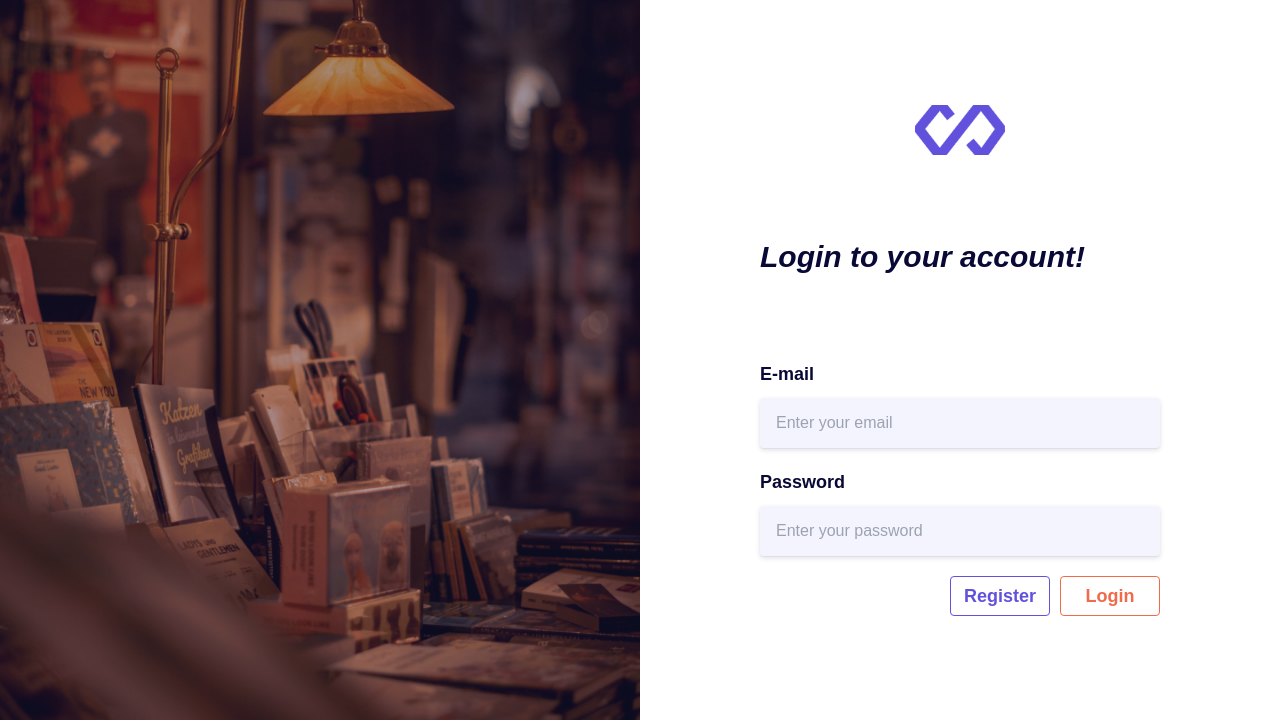
Repository: kauittt/BookStore_FE
Page: / (app in book-store/)
An editor plug-in stored every save of this project. The page is shown before and after a run of saves, followed by the edit.
The browser window is 1280 px wide. The pictures show the whole page.
The project was rebuilt for these pictures with package versions that can differ from the ones it lists, and the page was loaded fresh each time. Also part of the build but not shown: book-store/vite.config.js, book-store/src/components/book/BookItem.jsx, book-store/src/components/book/BookList.jsx.

Above is the page before, as saved 2024-07-14 14:22:04.

### book-store/src/App.jsx
import Login from "./components/login-signup/Login";
import BookItem from "./components/book/BookItem";
import BookList from "./components/book/BookList";

const App = () => {
    //! Width - Height: 1536 - 703
    //! 270 - 255
    //! Width: 0.9
    //! Height: 0.585

    //* Semibold - Normal
    //* 3xl - lg - sm - Normal

    const data = [
        {
            image: "https://nhasachphuongnam.com/images/thumbnails/240/290/detailed/287/con-duong-hoi-giao-tb-2024.jpg",
            price: "5.9",
            name: "Dune Frank Herbert Frank Herbert Frank Herbert",
            author: "Frank Herbert Frank Herbert Frank Herbert Frank Herbert",
        },
        {
            image: "https://i.pinimg.com/474x/57/70/55/5770553158ceac5870925fd79f9699eb.jpg",
            price: "7.5",
            name: "1984",
            author: "George Orwell Frank Herbert Frank Herbert Frank Herbert",
        },
        {
            image: "https://listsach.com/wp-content/uploads/2020/05/bia-sach-dep-ngoi-nha-nghin-hanh-lang.jpg",
            price: "6.8",
            name: "Brave New World Frank Herbert Frank Herbert Frank Herbert",
            author: "Aldous Huxley",
        },
        {
            image: "https://listsach.com/wp-content/uploads/2020/05/quyen-sach-co-bia-dep-khong-gia-dinh.jpg",
            price: "8.39",
            name: "Fahrenheit 451",
            author: "Ray Bradbury",
        },
        {
            image: "https://salt.tikicdn.com/cache/w1200/ts/product/03/ee/cc/9e91a112fb77049e9167f41ef62f832e.jpeg",
            price: "45.99",
            name: "The Catcher in the Rye",
            author: "J.D. Salinger",
        },
        {
            image: "https://intamphuc.vn/wp-content/uploads/2023/06/mau-bia-sach-dep-4.jpg",
            price: "9.2",
            name: "To Kill a Mockingbird",
            author: "Harper Lee",
        },
        {
            image: "https://vietart.co/blog/wp-content/uploads/2014/01/2_thiet_ke_bia_sach_dep_20.jpg",
            price: "5.0",
            name: "The Great Gatsby",
            author: "F. Scott Fitzgerald",
        },
        {
            image: "https://thegioidohoa.com/wp-content/uploads/2017/08/tong-hop-20-mau-bia-sach-doc-dao-nhat-nam-2017-7.jpg",
            price: "6.5",
            name: "Moby Dick",
            author: "Herman Melville",
        },
        {
            image: "https://encrypted-tbn0.gstatic.com/images?q=tbn:ANd9GcRVxy22da304ThgqLt9eKkHoYNLhIEgOL5vLCuA0X--bl323dKTKr0Q_H8tqkGQcfgcqA8&usqp=CAU",
            price: "7.8",
            name: "War and Peace",
            author: "Leo Tolstoy",
        },
        {
            image: "https://intamphuc.vn/wp-content/uploads/2023/06/mau-bia-sach-dep-2.jpg",
            price: "6.0",
            name: "Pride and Prejudice",
            author: "Jane Austen",
        },
    ];

    return (
        <div className="text-text-normal container mx-auto">
            {/* <BookList title="Classic" books={data}></BookList> */}
            <Login></Login>
        </div>
    );
};

export default App;

### book-store/src/index.css
@tailwind base;
@tailwind components;
@tailwind utilities;

.container {
    width: 100%;
}
@media (min-width: 640px) {
    .container {
        max-width: 640px;
    }
}
@media (min-width: 768px) {
    .container {
        max-width: 768px;
    }
    @media (min-width: 1024px) {
        .container {
            max-width: 1024px;
        }
    }
    @media (min-width: 1280px) {
        .container {
            max-width: 1280px;
        }
    }
    @media (min-width: 1400px) {
        .container,
        .container-lg,
        .container-md,
        .container-sm,
        .container-xl,
        .container-xxl {
            max-width: 1320px;
        }
    }
}

### book-store/src/components/login-signup/Login.jsx
import { useState } from "react";
import FormButton from "./../elements/FormButton";
import FormInput from "./../elements/FormInput";
import * as Yup from "yup";
import { Formik, Form } from "formik";

const Login = () => {
    const [purpose, setPurpose] = useState("login");

    //* Schema validation with Yup
    const validationSchema = Yup.object({
        name:
            purpose === "register"
                ? Yup.string()
                      .min(6, "Must be 6 characters or more!")
                      .max(15, "Must be 15 characters or less!")
                      .required("Name is required!")
                : Yup.string(),
        email: Yup.string()
            .email("Invalid email address!")
            .required("Email is required!"),
        password: Yup.string()
            .min(6, "Must be 6 characters or more!")
            .max(15, "Must be 15 characters or less!")
            .required("Password is required!"),
        confirmPassword:
            purpose === "register"
                ? Yup.string()
                      .oneOf(
                          [Yup.ref("password"), null],
                          "Passwords must match"
                      )
                      .required("Confirm Password is required")
                : Yup.string(),
    });

    console.log(window.innerHeight);
    console.log(window.innerWidth);
    return (
        <div className="flex w-full h-screen">
            {/*//! Image */}
            <div className="w-1/2">
                <img
                    src="./image/Login.png"
                    alt="Description"
                    className="w-full h-full object-cover"
                />
            </div>

            {/*//! Form */}
            <div className="w-1/2 flex flex-col items-center justify-evenly p-[20px]">
                {/*//* Logo */}
                <div className="w-[90px] h-[50px]">
                    <img
                        src="./image/Logo.png"
                        alt="Logo"
                        className="w-full h-full object-cover"
                    />
                </div>

                {/*//* Greeting */}
                <div className="flex flex-col w-[400px]">
                    {/* <p className="text-text-light font-semibold text-2xl">
                        Welcome back!
                    </p> */}
                    <h1 className="font-semibold text-3xl italic">
                        {purpose === "login"
                            ? "Login to your account!"
                            : "Register your account!"}
                    </h1>
                </div>

                {/*//* Form */}
                <Formik
                    initialValues={{
                        name: "",
                        email: "",
                        password: "",
                        confirmPassword: "",
                    }}
                    validationSchema={validationSchema}
                    onSubmit={(values, actions) => {
                        setTimeout(() => {
                            console.log("Form submitted with values:", values);
                            // actions.resetForm();
                            actions.setSubmitting(false);
                        }, 500);

                        console.log("API HERE");
                        // Handle form submission
                    }}
                >
                    {({ isSubmitting }) => (
                        <Form className="flex flex-col gap-[20px]">
                            {purpose === "register" && (
                                <FormInput
                                    label="Name"
                                    id="name"
                                    name="name"
                                    placeholder="Enter your name"
                                />
                            )}
                            <FormInput
                                label="E-mail"
                                id="email"
                                name="email"
                                placeholder="Enter your email"
                                type="email"
                            />
                            <FormInput
                                label="Password"
                                id="password"
                                name="password"
                                placeholder="Enter your password"
                                type="password"
                            />
                            {purpose === "register" && (
                                <FormInput
                                    label="Confirm Password"
                                    id="confirmPassword"
                                    name="confirmPassword"
                                    placeholder="Confirm your password"
                                    type="password"
                                />
                            )}

                            {/* Buttons */}
                            <div className="flex gap-[10px] justify-end">
                                <FormButton
                                    name={
                                        purpose === "login"
                                            ? "Register"
                                            : "Login"
                                    }
                                    onClick={() =>
                                        setPurpose(
                                            purpose === "login"
                                                ? "register"
                                                : "login"
                                        )
                                    }
                                />

                                <FormButton
                                    name={
                                        purpose === "login"
                                            ? "Login"
                                            : "Register"
                                    }
                                    type="submit"
                                    disabled={isSubmitting}
                                    main={false}
                                />
                            </div>
                        </Form>
                    )}
                </Formik>
            </div>
        </div>
    );
};

Login.propTypes = {};

export default Login;

### book-store/src/components/elements/FormButton.jsx
import PropTypes from "prop-types";

const FormButton = ({
    name,
    main = true,
    type = "button",
    disabled = false,
    ...props
}) => {
    return (
        <button
            type={type}
            disabled={disabled}
            className={`m-w-[100px] w-[100px] m-h-[40px] h-[40px] leading-[40px]
            rounded text-lg font-semibold
            flex items-center justify-center
            cursor-pointer
            transition duration-150 ease-in-out
            bg-bgr-white
            ${main ? "bg-bgr-white" : "bg-bgr-white"}
            ${main ? "text-text-color" : "text-bgr-color"}
            ${
                main
                    ? "border border-text-color hover:bg-text-color hover:text-text-white"
                    : "border border-bgr-color hover:bg-bgr-color hover:text-text-white"
            }
            `}
            {...props}
        >
            {name}
        </button>
    );
};

FormButton.propTypes = {
    main: PropTypes.bool,
    name: PropTypes.string.isRequired,
    type: PropTypes.string,
    disabled: PropTypes.bool,
};

export default FormButton;

### book-store/src/components/elements/FormInput.jsx
import { Field, useField } from "formik";
import PropTypes from "prop-types";

const FormInput = ({ label, type = "text", ...props }) => {
    const [field, meta] = useField(props);

    return (
        <div className="flex flex-col gap-[10px] w-[400px]">
            <label
                className="font-semibold text-lg"
                htmlFor={props.id || props.name}
            >
                {label}
            </label>
            <Field
                autoComplete="off"
                className="bg-bgr-main p-4 h-[50px] rounded
                    text-text-light
                    shadow-[rgba(50,_50,_105,_0.15)_0px_2px_5px_0px,_rgba(0,_0,_0,_0.05)_0px_1px_1px_0px]
                    focus:outline-none focus:ring-2 focus:ring-text-color"
                {...field}
                {...props}
                type={type}
            />
            {meta.touched && meta.error ? (
                <div className="text-text-error font-medium">{meta.error}</div>
            ) : null}
        </div>
    );
};

FormInput.propTypes = {
    label: PropTypes.string.isRequired,
    id: PropTypes.string,
    name: PropTypes.string.isRequired,
    placeholder: PropTypes.string,
    type: PropTypes.string,
};

export default FormInput;

### book-store/tailwind.config.js
/** @type {import('tailwindcss').Config} */
export default {
    content: ["./index.html", "./src/**/*.{js,ts,jsx,tsx}"],
    theme: {
        colors: {
            //* Background
            "bgr-main": "#F4F4FF",
            "bgr-color": "#EF6B4A",
            "bgr-white": "#FFFFFF",

            //* Text
            "text-normal": "#090937",
            "text-color": "#6251DD",
            "text-light": "#676787",
            "text-white": "#FFFFFF",
            "text-error": "#e74c3c",
        },
        extend: {
            fontFamily: {
                sans: ["Manrope", "sans-serif"],
            },
        },
    },
    plugins: [],
};

Loaded but not shown: book-store/index.html (common file); book-store/src/main.jsx (common file)

After the next 2 saves:
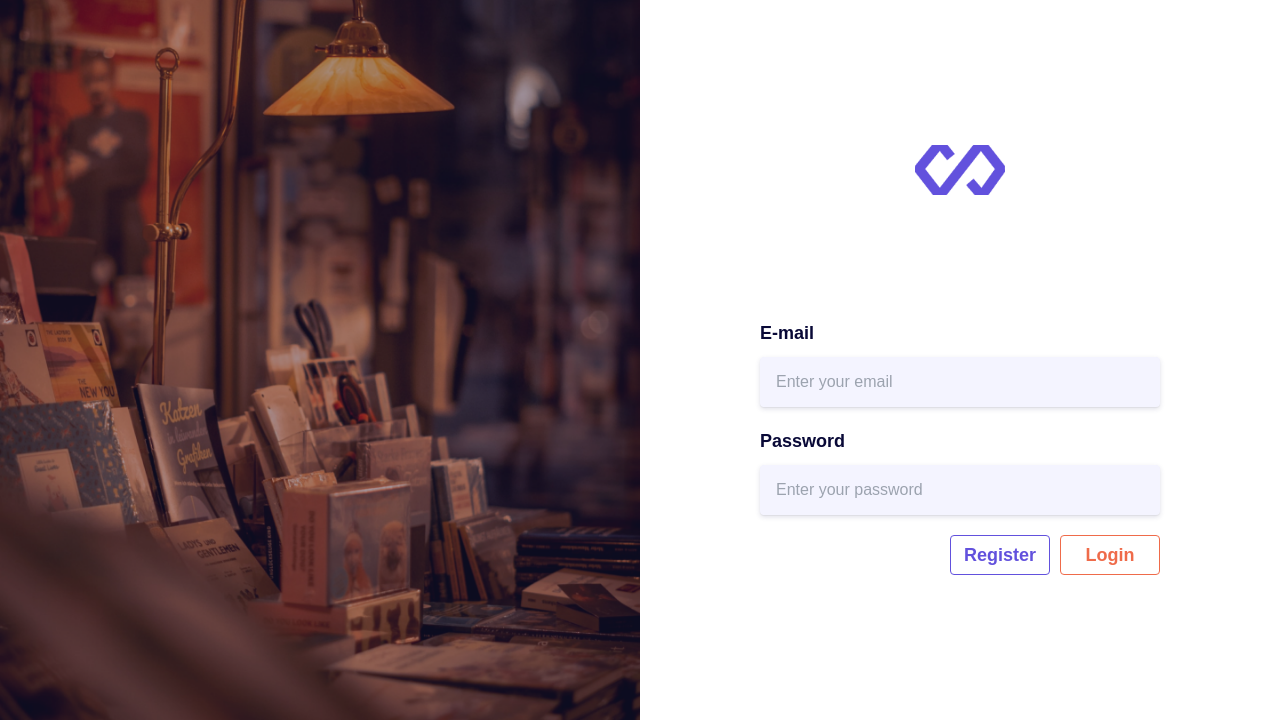
The 2 saves are shown as one change because they came seconds apart.
The last was saved 14 s later.
--- a/book-store/src/components/login-signup/Login.jsx
+++ b/book-store/src/components/login-signup/Login.jsx
@@ -59,16 +59,13 @@
                 </div>
 
                 {/*//* Greeting */}
-                <div className="flex flex-col w-[400px]">
-                    {/* <p className="text-text-light font-semibold text-2xl">
-                        Welcome back!
-                    </p> */}
+                {/* <div className="flex flex-col w-[400px]">
                     <h1 className="font-semibold text-3xl italic">
                         {purpose === "login"
                             ? "Login to your account!"
                             : "Register your account!"}
                     </h1>
-                </div>
+                </div> */}
 
                 {/*//* Form */}
                 <Formik

After the save that followed:
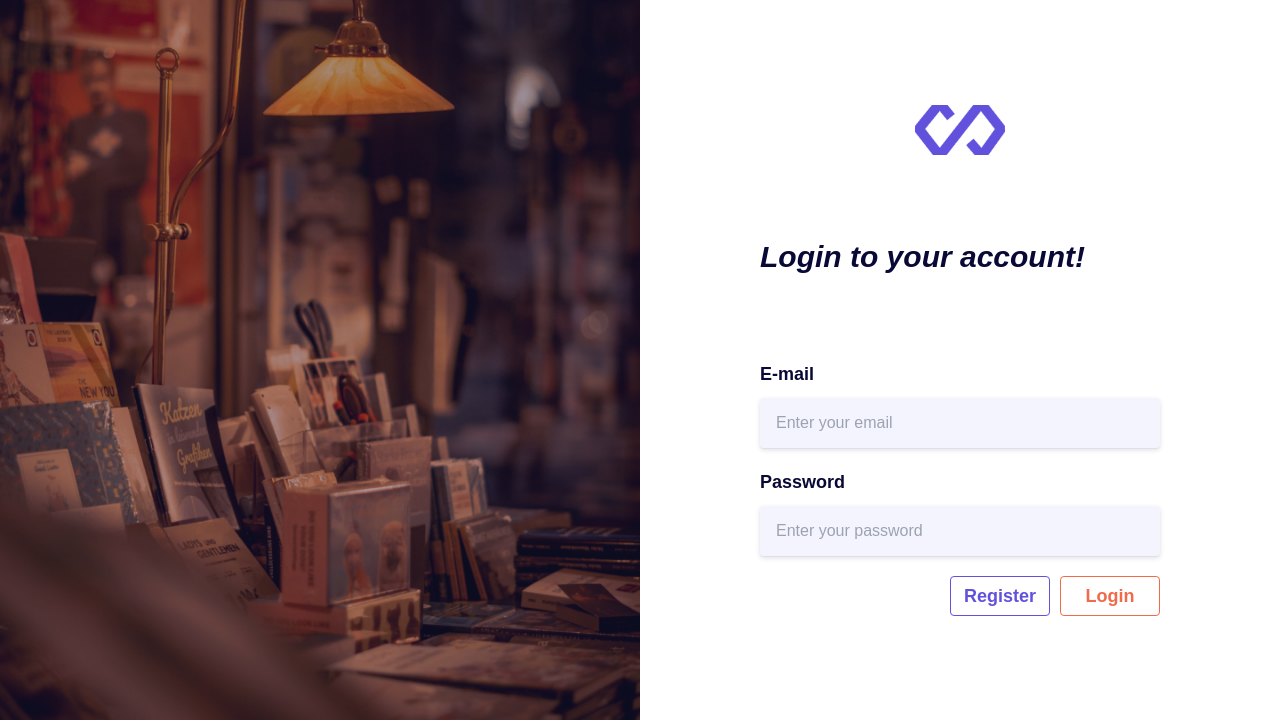
Saved 4 s later.
--- a/book-store/src/components/login-signup/Login.jsx
+++ b/book-store/src/components/login-signup/Login.jsx
@@ -59,13 +59,13 @@
                 </div>
 
                 {/*//* Greeting */}
-                {/* <div className="flex flex-col w-[400px]">
+                <div className="flex flex-col w-[400px]">
                     <h1 className="font-semibold text-3xl italic">
                         {purpose === "login"
                             ? "Login to your account!"
                             : "Register your account!"}
                     </h1>
-                </div> */}
+                </div>
 
                 {/*//* Form */}
                 <Formik
